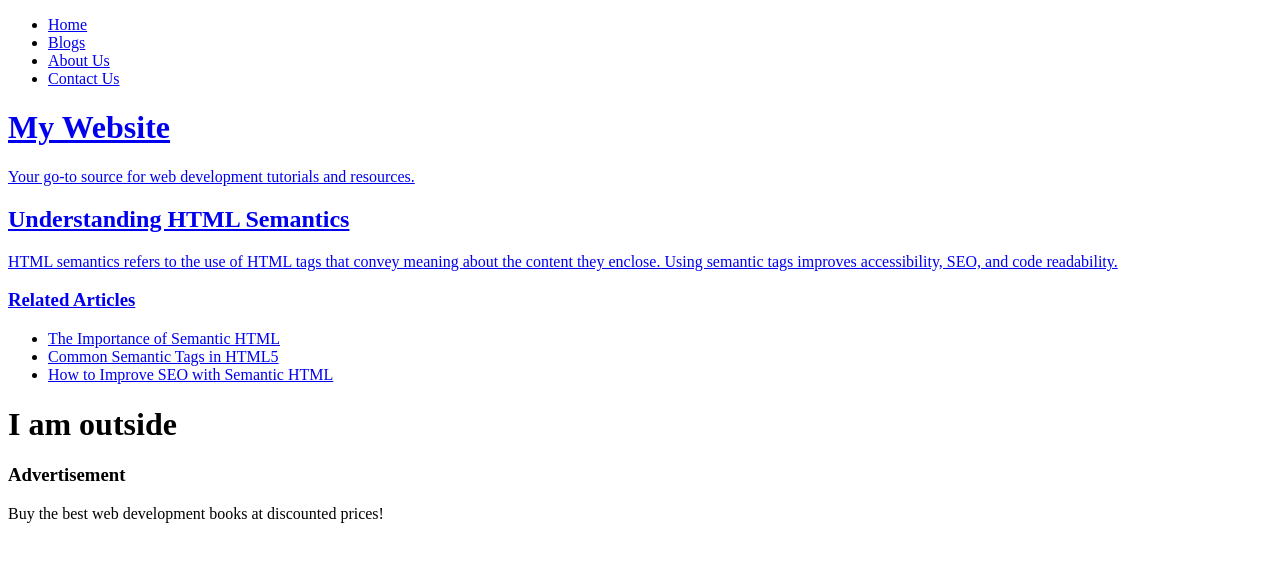
Repository: anjalipatel-dev/web-dev-learning-journey
Page: 01_html_concepts/04_semantic.html
These files come from the project's save history. The page is drawn as it stood at one moment and after the next save; the edit follows.
The browser window is 1280 px wide. The pictures show the whole page.

Above is the page before, as saved 2025-09-29 04:55:56.

### 01_html_concepts/04_semantic.html
<!DOCTYPE html>
<html lang="en">
<head>
    <meta charset="UTF-8">
    <meta name="viewport" content="width=device-width, initial-scale=1.0">
    <title>Semantics</title>
</head>
<body>
    <nav>
        <ul>
            <li><a href="#">Home</li>
            <li><a href="#">Blogs</li>
            <li><a href="#">About Us</li>
            <li><a href="#">Contact Us</li>
        </ul>
    </nav>
    <header>
        <hgroup>
            <h1>My Website</h1>
            <p>Your go-to source for web development tutorials and resources.</p>
        </hgroup>
    </header>
    <main>
        <article>
            <h2>Understanding HTML Semantics</h2>
            <p>HTML semantics refers to the use of HTML tags that convey meaning about the content they enclose. Using semantic tags improves accessibility, SEO, and code readability.</p>
        </article>
        <aside>
            <h3>Related Articles</h3>
            <ul>
                <li><a href="#">The Importance of Semantic HTML</a></li>
                <li><a href="#">Common Semantic Tags in HTML5</a></li>
                <li><a href="#">How to Improve SEO with Semantic HTML</a></li>
            </ul>
        </aside>
    </main>
    <h1> I am outside</h1>
    <aside>
        <h3>Advertisement</h3>
        <p>Buy the best web development books at discounted prices!</p>
</body>
</html>

After the next save:
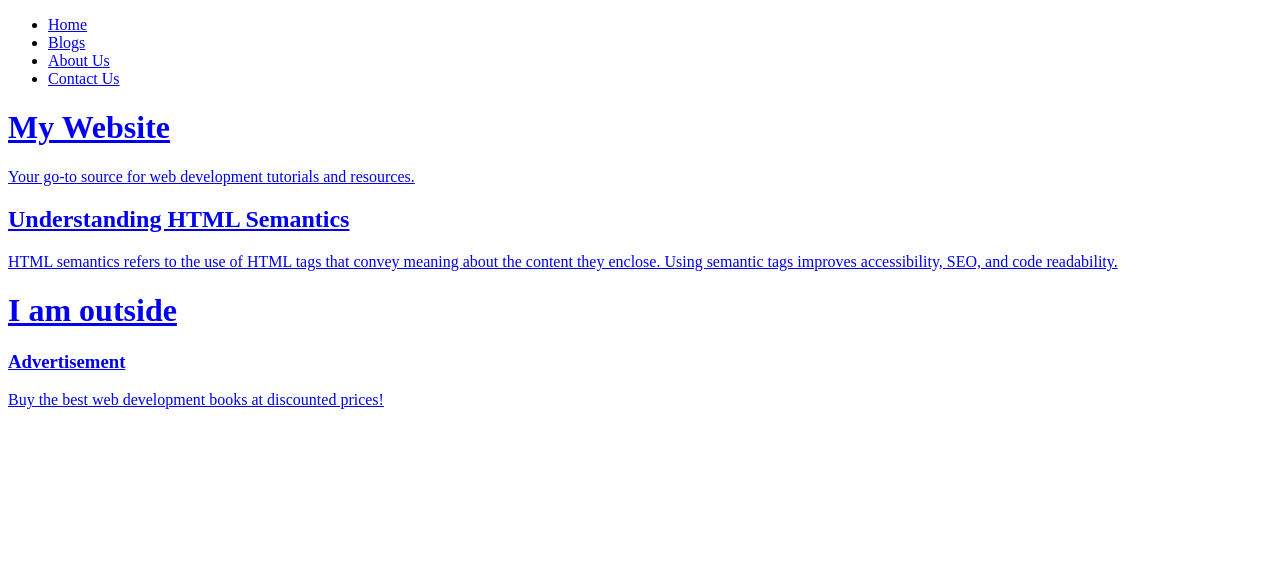
Saved 27 s later.
--- a/01_html_concepts/04_semantic.html
+++ b/01_html_concepts/04_semantic.html
@@ -25,14 +25,7 @@
             <h2>Understanding HTML Semantics</h2>
             <p>HTML semantics refers to the use of HTML tags that convey meaning about the content they enclose. Using semantic tags improves accessibility, SEO, and code readability.</p>
         </article>
-        <aside>
-            <h3>Related Articles</h3>
-            <ul>
-                <li><a href="#">The Importance of Semantic HTML</a></li>
-                <li><a href="#">Common Semantic Tags in HTML5</a></li>
-                <li><a href="#">How to Improve SEO with Semantic HTML</a></li>
-            </ul>
-        </aside>
+
     </main>
     <h1> I am outside</h1>
     <aside>
